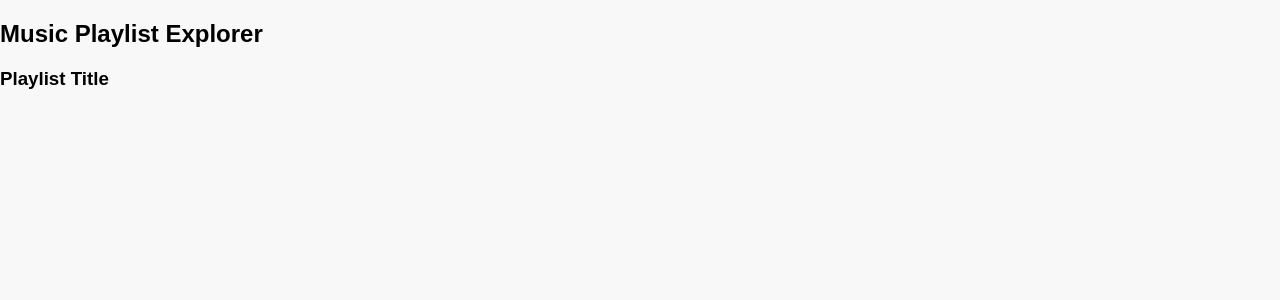
Repository: valentinaarojas/music-player-explorer
Page: index.html
An editor plug-in stored every save of this project. The page is shown before and after a run of saves, followed by the edit.
The browser window is 1280 px wide. The pictures show the whole page.

Above is the page before, as saved 2025-02-18 18:06:22.
Console error: SyntaxError: Unexpected token '{'

### index.html
<!DOCTYPE html>
<html lang="en">
<head>
    <meta charset="UTF-8">
    <meta name="viewport" content="width=device-width, initial-scale=1.0">

    <title>Music Playlist Explorer</title>
    <link rel="icon" type="image/x-icon" href="/images/favicon.ico">

    <link rel="stylesheet" href="style.css">
</head>
<body>
    <header>
        <!-- Your header content here -->
        <div class="banner">
            <h2>Music Playlist Explorer</h2>
        </div>
    </header>

    <main>
        <!-- Your main content here -->
        <div class="playlist-cards">
            <div class="playlist-card">
                <!-- IMG -->
                <div class="playlist-cover">
                    <h3>Playlist Title</h3>
                </div>
                <div class="playlist-info">

                </div>
            </div>
        </div>
    </main>

    <footer>
        <!-- Your footer content here -->
    </footer>
    <script src="data/data.js"></script>
    <script src="script.js"></script>
</body>
</html>

### style.css
body {
    font-family: 'Arial', sans-serif;
    margin: 0;
    padding: 0;
    background-color: #f8f8f8;
}

### data/data.js
let data = { "playlists": [
    {
      "playlistID": 0,
      "playlist_name": "Late Night Drive",
      "playlist_creator": "Melody Maven",
      "playlist_art": "https://picsum.photos/id/36/200",
      "likeCount": 0,
      "songs": [
        {
          "songID": 0,
          "title": "Nightcall",
          "artist": "Kavinsky",
          "album": "Nightcall",
          "cover_art": "https://picsum.photos/id/43/200",
          "duration": "4:18"
        },
        {
          "songID": 1,
          "title": "Drive",
          "artist": "The Cars",
          "album": "Heartbeat City",
          "cover_art": "https://picsum.photos/id/45/200",
          "duration": "3:55"
        },
        {
          "songID": 2,
          "title": "Cruisin'",
          "artist": "Smokey Robinson",
          "album": "One Heartbeat",
          "cover_art": "https://picsum.photos/id/88/200",
          "duration": "4:30"
        },
        {
          "songID": 3,
          "title": "Night Moves",
          "artist": "Bob Seger",
          "album": "Night Moves",
          "cover_art": "https://picsum.photos/id/84/200",
          "duration": "5:25"
        },
        {
          "songID": 4,
          "title": "Moonlight Drive",
          "artist": "The Doors",
          "album": "Strange Days",
          "cover_art": "https://picsum.photos/id/122/200",
          "duration": "3:04"
        }
      ]
    },
    {
      "playlistID": 1,
      "playlist_name": "That Summer '16 Feeling",
      "playlist_creator": "Groove Guardian",
      "playlist_art": "https://picsum.photos/id/117/200",
      "likeCount": 10,
      "songs": [
        {
          "songID": 5,
          "title": "One Dance",
          "artist": "Drake",
          "album": "Views",
          "cover_art": "https://picsum.photos/id/21/200",
          "duration": "2:53"
        },
        {
          "songID": 6,
          "title": "Cheap Thrills",
          "artist": "Sia",
          "album": "This Is Acting",
          "cover_art": "https://picsum.photos/id/56/200",
          "duration": "3:31"
        },
        {
          "songID": 7,
          "title": "Don't Let Me Down",
          "artist": "The Chainsmokers ft. Daya",
          "album": "Collage",
          "cover_art": "https://picsum.photos/id/145/200",
          "duration": "3:28"
        },
        {
          "songID": 8,
          "title": "This Is What You Came For",
          "artist": "Calvin Harris ft. Rihanna",
          "album": "This Is What You Came For",
          "cover_art": "https://picsum.photos/id/160/200",
          "duration": "3:42"
        },
        {
          "songID": 9,
          "title": "Ride",
          "artist": "Twenty One Pilots",
          "album": "Blurryface",
          "cover_art": "https://picsum.photos/id/133/200",
          "duration": "3:34"
        }
      ]
    },
    {
      "playlistID": 2,
      "playlist_name": "Workout Beats",
      "playlist_creator": "Harmony Herald",
      "playlist_art": "https://picsum.photos/id/1077/200",
      "likeCount": 2,
      "songs": [
        {
          "songID": 10,
          "title": "Eye of the Tiger",
          "artist": "Survivor",
          "album": "Eye of the Tiger",
          "cover_art": "https://picsum.photos/id/593/200",
          "duration": "4:05"
        },
        {
          "songID": 11,
          "title": "Stronger",
          "artist": "Kanye West",
          "album": "Graduation",
          "cover_art": "https://picsum.photos/id/169/200",
          "duration": "5:12"
        },
        {
          "songID": 12,
          "title": "Lose Yourself",
          "artist": "Eminem",
          "album": "8 Mile Soundtrack",
          "cover_art": "https://picsum.photos/id/171/200",
          "duration": "5:26"
        },
        {
          "songID": 13,
          "title": "Uptown Funk",
          "artist": "Mark Ronson ft. Bruno Mars",
          "album": "Uptown Special",
          "cover_art": "https://picsum.photos/id/274/200",
          "duration": "4:30"
        },
        {
          "songID": 14,
          "title": "Can't Stop the Feeling!",
          "artist": "Justin Timberlake",
          "album": "Trolls (Original Motion Picture Soundtrack)",
          "cover_art": "https://picsum.photos/id/304/200",
          "duration": "3:56"
        }
      ]
    },
    {
      "playlistID": 3,
      "playlist_name": "Road Trip Anthems",
      "playlist_creator": "Playlist Pioneer",
      "playlist_art": "https://picsum.photos/id/314/200",
      "likeCount": 5,
      "songs": [
        {
          "songID": 15,
          "title": "Life Is a Highway",
          "artist": "Tom Cochrane",
          "album": "Mad Mad World",
          "cover_art": "https://picsum.photos/id/352/200",
          "duration": "4:26"
        },
        {
          "songID": 16,
          "title": "Born to Run",
          "artist": "Bruce Springsteen",
          "album": "Born to Run",
          "cover_art": "https://picsum.photos/id/361/200",
          "duration": "4:30"
        },
        {
          "songID": 17,
          "title": "Take It Easy",
          "artist": "Eagles",
          "album": "Eagles",
          "cover_art": "https://picsum.photos/id/365/200",
          "duration": "3:31"
        },
        {
          "songID": 18,
          "title": "Route 66",
          "artist": "Chuck Berry",
          "album": "Get Your Kicks on Route 66",
          "cover_art": "https://picsum.photos/id/371/200",
          "duration": "2:53"
        },
        {
          "songID": 19,
          "title": "On the Road Again",
          "artist": "Willie Nelson",
          "album": "Honeysuckle Rose",
          "cover_art": "https://picsum.photos/id/382/200",
          "duration": "2:33"
        }
      ]
    },
    {
      "playlistID": 4,
      "playlist_name": "Boss Chick Energy",
      "playlist_creator": "Tempo Tactician",
      "playlist_art": "https://picsum.photos/id/449/200",
      "likeCount": 0,
      "songs": [
        {
          "songID": 20,
          "title": "Run the World (Girls)",
          "artist": "Beyoncé",
          "album": "4",
          "cover_art": "https://picsum.photos/id/550/200",
          "duration": "3:56"
        },
        {
          "songID": 21,
          "title": "I'm Every Woman",
          "artist": "Chaka Khan",
          "album": "Chaka",
          "cover_art": "https://picsum.photos/id/646/200",
          "duration": "4:07"
        },
        {
          "songID": 22,
          "title": "Independent Women, Pt. 1",
          "artist": "Destiny's Child",
          "album": "Survivor",
          "cover_art": "https://picsum.photos/id/660/200",
          "duration": "3:41"
        },
        {
          "songID": 23,
          "title": "Confident",
          "artist": "Demi Lovato",
          "album": "Confident",
          "cover_art": "https://picsum.photos/id/680/200",
          "duration": "3:25"
        },
        {
          "songID": 24,
          "title": "Feeling Myself",
          "artist": "Nicki Minaj ft. Beyoncé",
          "album": "The Pinkprint",
          "cover_art": "https://picsum.photos/id/822/200",
          "duration": "3:57"
        }
      ]
    },
    {
      "playlistID": 5,
      "playlist_name": "Rainy Nights",
      "playlist_creator": "Sonic Sage",
      "playlist_art": "https://picsum.photos/id/115/200",
      "likeCount": 24,
      "songs": [
        {
          "songID": 25,
          "title": "Purple Rain",
          "artist": "Prince",
          "album": "Purple Rain",
          "cover_art": "https://picsum.photos/id/123/200",
          "duration": "8:41"
        },
        {
          "songID": 26,
          "title": "November Rain",
          "artist": "Guns N' Roses",
          "album": "Use Your Illusion I",
          "cover_art": "https://picsum.photos/id/171/200",
          "duration": "8:57"
        },
        {
          "songID": 27,
          "title": "Riders on the Storm",
          "artist": "The Doors",
          "album": "L.A. Woman",
          "cover_art": "https://picsum.photos/id/172/200",
          "duration": "7:14"
        },
        {
          "songID": 28,
          "title": "I Can't Stand the Rain",
          "artist": "Ann Peebles",
          "album": "I Can't Stand the Rain",
          "cover_art": "https://picsum.photos/id/178/200",
          "duration": "2:31"
        },
        {
          "songID": 29,
          "title": "Set Fire to the Rain",
          "artist": "Adele",
          "album": "21",
          "cover_art": "https://picsum.photos/id/680/200",
          "duration": "4:02"
        }
      ]
    },
    {
      "playlistID": 6,
      "playlist_name": "90's R&B",
      "playlist_creator": "Vinyl Virtuoso",
      "playlist_art": "https://picsum.photos/id/815/200",
      "likeCount": 3,
      "songs": [
        {
          "songID": 30,
          "title": "No Diggity",
          "artist": "Blackstreet ft. Dr. Dre",
          "album": "Another Level",
          "cover_art": "https://picsum.photos/id/856/200",
          "duration": "5:06"
        },
        {
          "songID": 31,
          "title": "Waterfalls",
          "artist": "TLC",
          "album": "CrazySexyCool",
          "cover_art": "https://picsum.photos/id/871/200",
          "duration": "4:39"
        },
        {
          "songID": 32,
          "title": "Creep",
          "artist": "TLC",
          "album": "CrazySexyCool",
          "cover_art": "https://picsum.photos/id/891/200",
          "duration": "4:29"
        },
        {
          "songID": 33,
          "title": "On Bended Knee",
          "artist": "Boyz II Men",
          "album": "II",
          "cover_art": "https://picsum.photos/id/1013/200",
          "duration": "4:05"
        },
        {
          "songID": 34,
          "title": "Fantasy",
          "artist": "Mariah Carey",
          "album": "Daydream",
          "cover_art": "https://picsum.photos/id/1014/200",
          "duration": "4:04"
        }
      ]
    },
    {
      "playlistID": 7,
      "playlist_name": "Nothing But The Classics",
      "playlist_creator": "Melody Maven",
      "playlist_art": "https://picsum.photos/id/22/200",
      "likeCount": 3,
      "songs": [
        {
          "songID": 35,
          "title": "Bohemian Rhapsody",
          "artist": "Queen",
          "album": "A Night at the Opera",
          "cover_art": "https://picsum.photos/id/39/200",
          "duration": "5:55"
        },
        {
          "songID": 36,
          "title": "Hotel California",
          "artist": "Eagles",
          "album": "Hotel California",
          "cover_art": "https://picsum.photos/id/57/200",
          "duration": "6:30"
        },
        {
          "songID": 37,
          "title": "Stairway to Heaven",
          "artist": "Led Zeppelin",
          "album": "Led Zeppelin IV",
          "cover_art": "https://picsum.photos/id/221/200",
          "duration": "8:02"
        },
        {
          "songID": 38,
          "title": "Sweet Child o' Mine",
          "artist": "Guns N' Roses",
          "album": "Appetite for Destruction",
          "cover_art": "https://picsum.photos/id/822/200",
          "duration": "5:55"
        },
        {
          "songID": 39,
          "title": "Imagine",
          "artist": "John Lennon",
          "album": "Imagine",
          "cover_art": "https://picsum.photos/id/823/200",
          "duration": "3:04"
        }
      ]
    },
    {
      "playlistID": 8,
      "playlist_name": "Ohh That Baseline",
      "playlist_creator": "Bassline Buddy",
      "playlist_art": "https://picsum.photos/id/836/200",
      "likeCount": 0,
      "songs": [
        {
          "songID": 40,
          "title": "Another One Bites the Dust",
          "artist": "Queen",
          "album": "The Game",
          "cover_art": "https://picsum.photos/id/839/200",
          "duration": "3:36"
        },
        {
          "songID": 41,
          "title": "Billie Jean",
          "artist": "Michael Jackson",
          "album": "Thriller",
          "cover_art": "https://picsum.photos/id/903/200",
          "duration": "4:54"
        },
        {
          "songID": 42,
          "title": "Superstition",
          "artist": "Stevie Wonder",
          "album": "Talking Book",
          "cover_art": "https://picsum.photos/id/978/200",
          "duration": "4:26"
        },
        {
          "songID": 43,
          "title": "Smooth Criminal",
          "artist": "Michael Jackson",
          "album": "Bad",
          "cover_art": "https://picsum.photos/id/1004/200",
          "duration": "4:17"
        },
        {
          "songID": 44,
          "title": "Money for Nothing",
          "artist": "Dire Straits",
          "album": "Brothers in Arms",
          "cover_art": "https://picsum.photos/id/1025/200",
          "duration": "8:26"
        }
      ]
    }
  ]
}

### script.js
body {
    font-family: 'Arial', sans-serif;
    margin: 0;
    padding: 0;
    background-color: #f8f8f8;
}

After the next 2 saves:
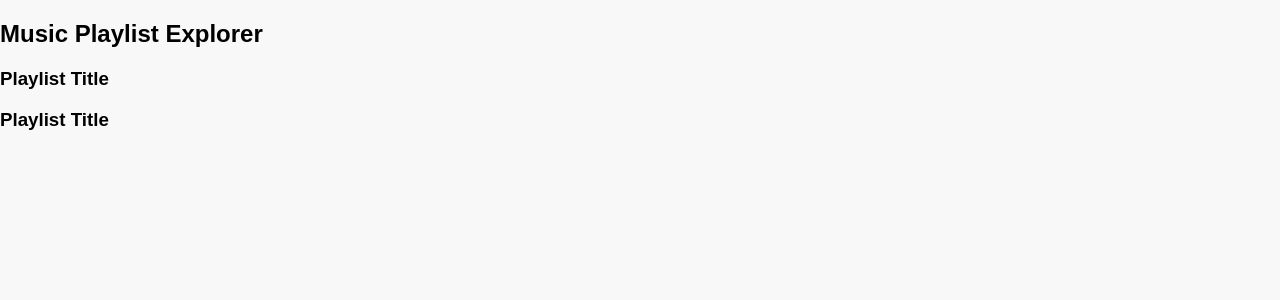
The 2 saves are shown as one change because they came seconds apart.
The last was saved 15 s later.
--- a/index.html
+++ b/index.html
@@ -26,6 +26,7 @@
                     <h3>Playlist Title</h3>
                 </div>
                 <div class="playlist-info">
+                    <h3 class="playlist-title">Playlist Title</h3>
 
                 </div>
             </div>
